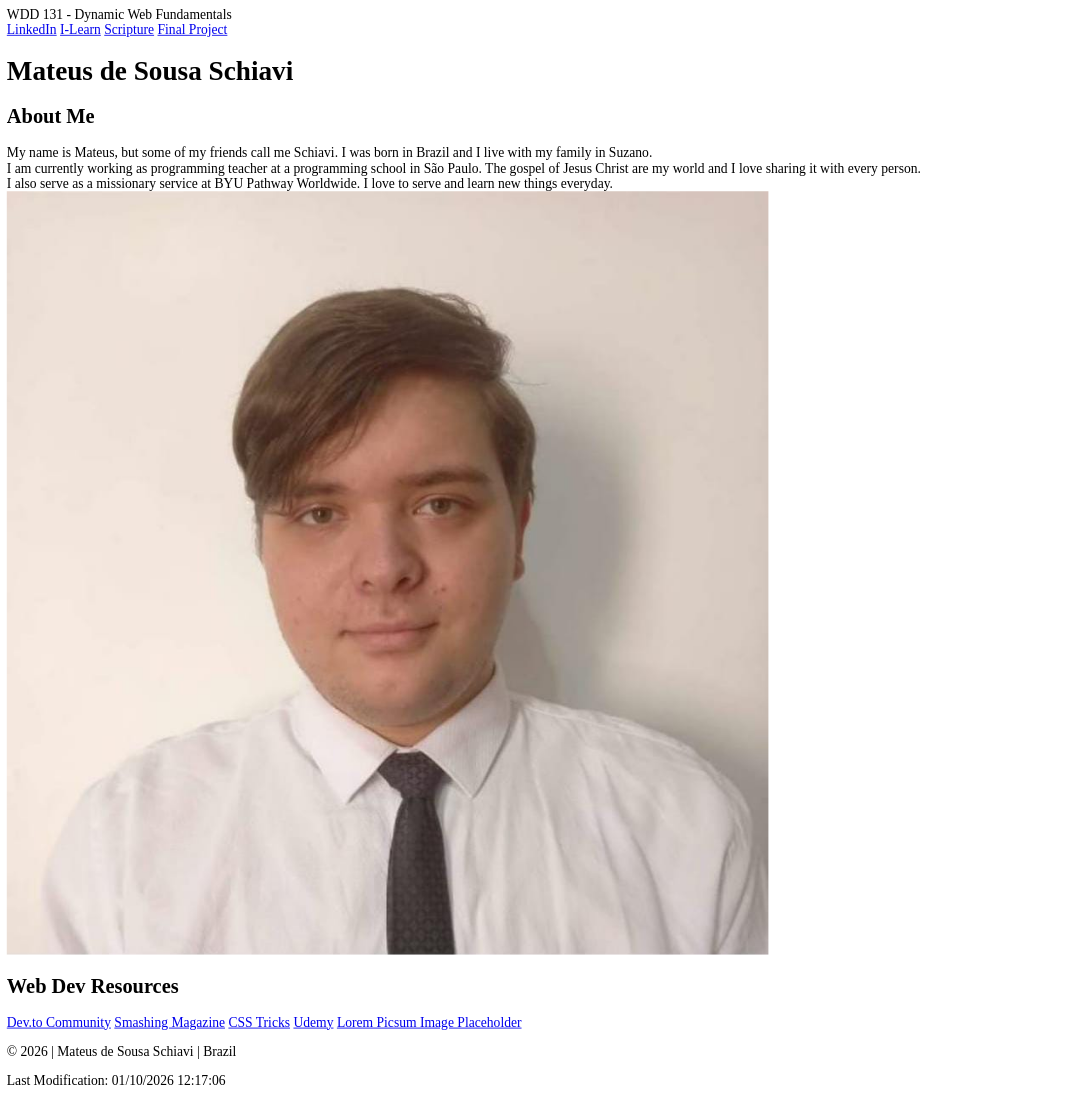
Repository: mateus-schiavi/wdd131
Page: index.html
These files come from the project's save history. The page is drawn as it stood at one moment and after the next save; the edit follows.
The browser window is 1280 px wide. The pictures show the whole page, at 85% of full size.
Some web fonts or font styles are not loaded; a fallback is used.

Above is the page before, as saved 2026-01-10 14:38:23.

After the next save:
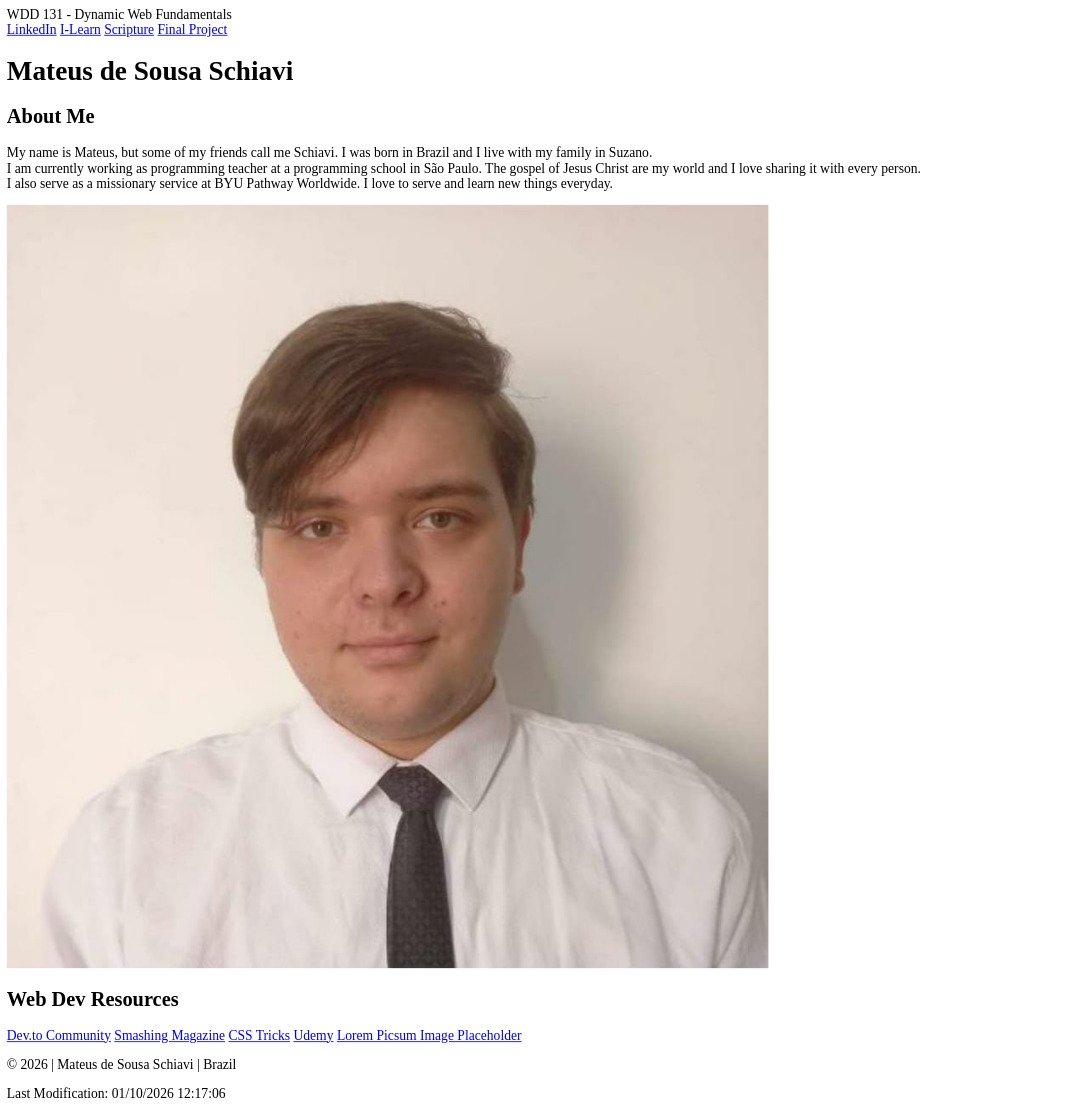
Saved 7 s later.
--- a/index.html
+++ b/index.html
@@ -38,8 +38,8 @@
                 Christ are my world and I love sharing it with every person. <br>
                 I also serve as a missionary service at BYU Pathway Worldwide. I love to serve and learn new things
                 everyday.
-                <img src="/images/profile.jpg" alt="profile picture">
             </p>
+            <img src="/images/profile.jpg" alt="profile picture">
         </section>
         <section class="card">
             <h2>Web Dev Resources</h2>
